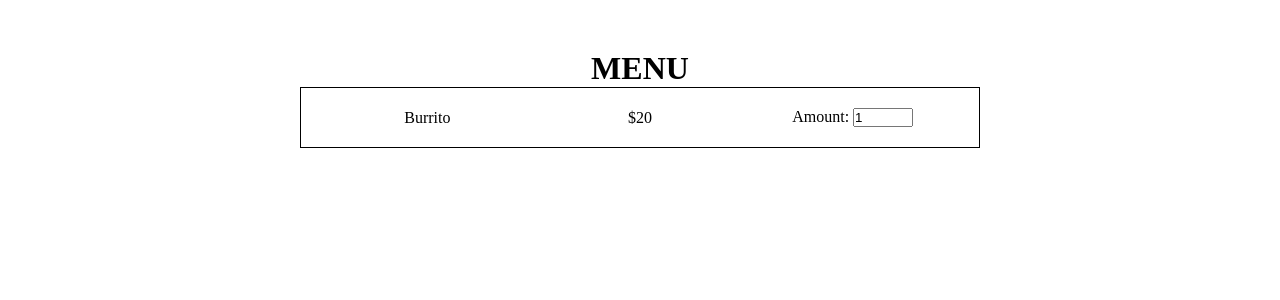
Repository: LamQuocPhu/JungTalent
Page: http://localhost/
These files come from the project's save history. The page is drawn as it stood at one moment and after the next save; the edit follows.
The browser window is 1280 px wide. The pictures show the whole page.
The page is served by the project's Node server (index.js).

Above is the page before, as saved 2023-10-25 23:03:14.

After the next save:
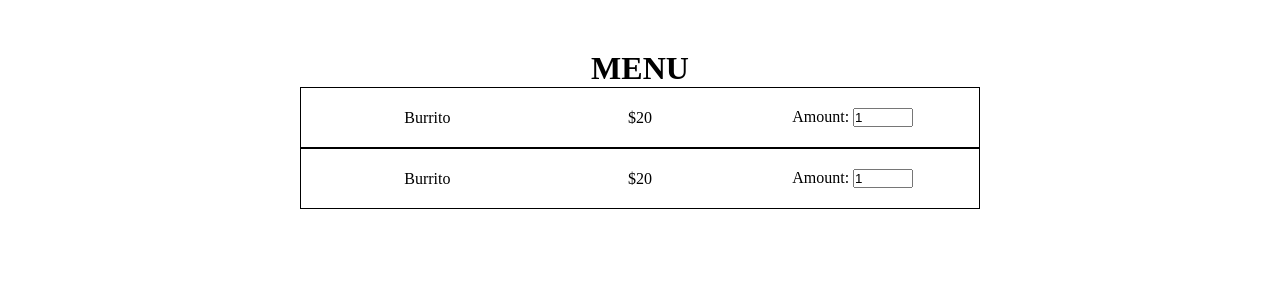
Saved 7 s later.
--- a/views/cart.ejs
+++ b/views/cart.ejs
@@ -23,6 +23,20 @@
 
 
       </div>
+      <div class="cart-item">
+        <div class="item-name">
+          <span>Burrito</span>
+        </div>
+        <div class="item-price">
+          <span>$20</span>
+        </div>
+        <div class="item-amount">
+          <span>Amount:</span>
+          <input type="number" value="1" min="1" max="100" />
+        </div>
+
+
+      </div>
     </div>
   </body>
 </html>
